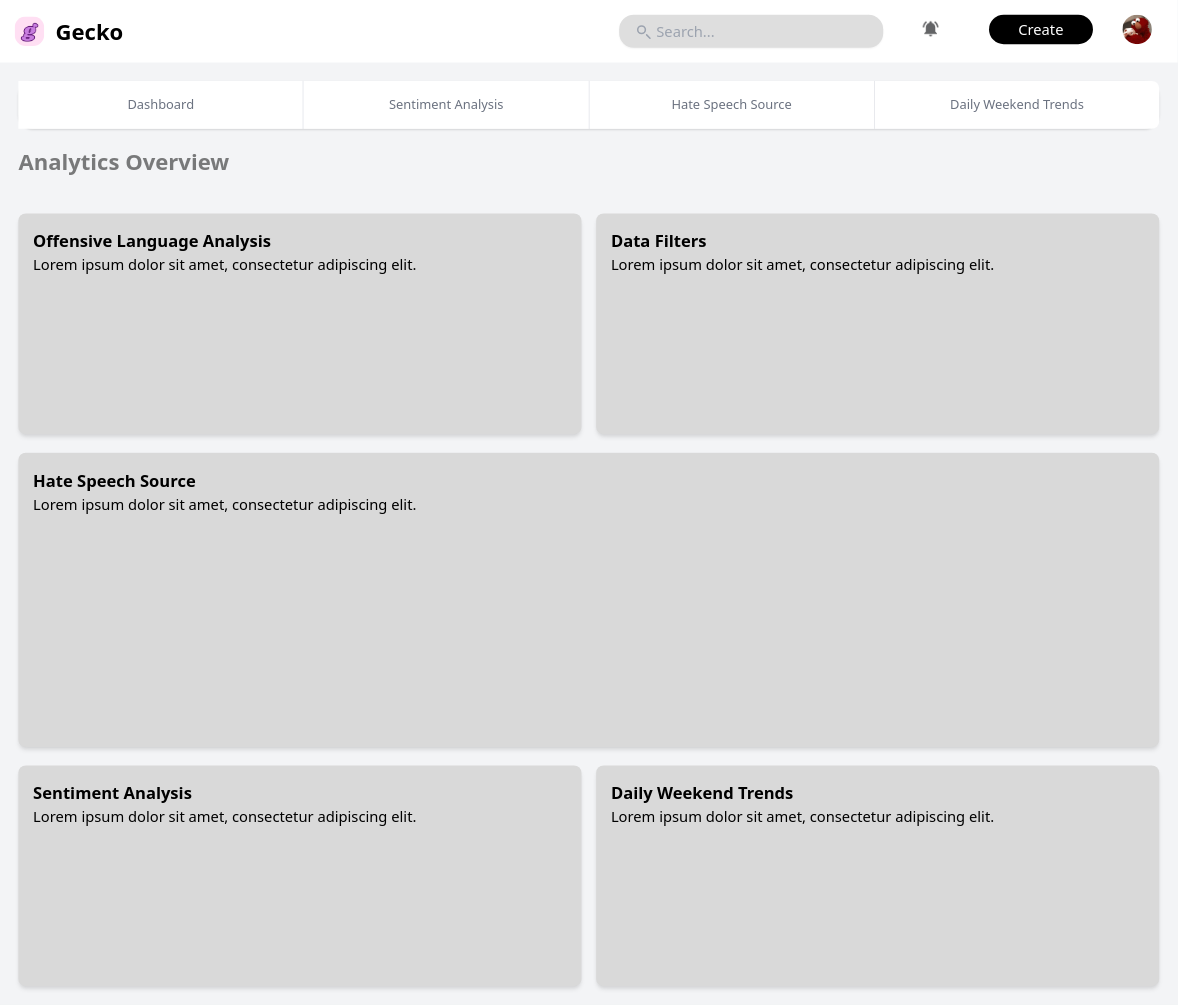
Repository: theamgri/thesis-website-nextjs
Page: website.html
These files come from the project's save history. The page is drawn as it stood at one moment and after the next save; the edit follows.
The browser window is 1280 px wide. The pictures show the whole page, at 92% of full size.

Above is the page before, as saved 2023-10-02 09:42:55.

After the next save:
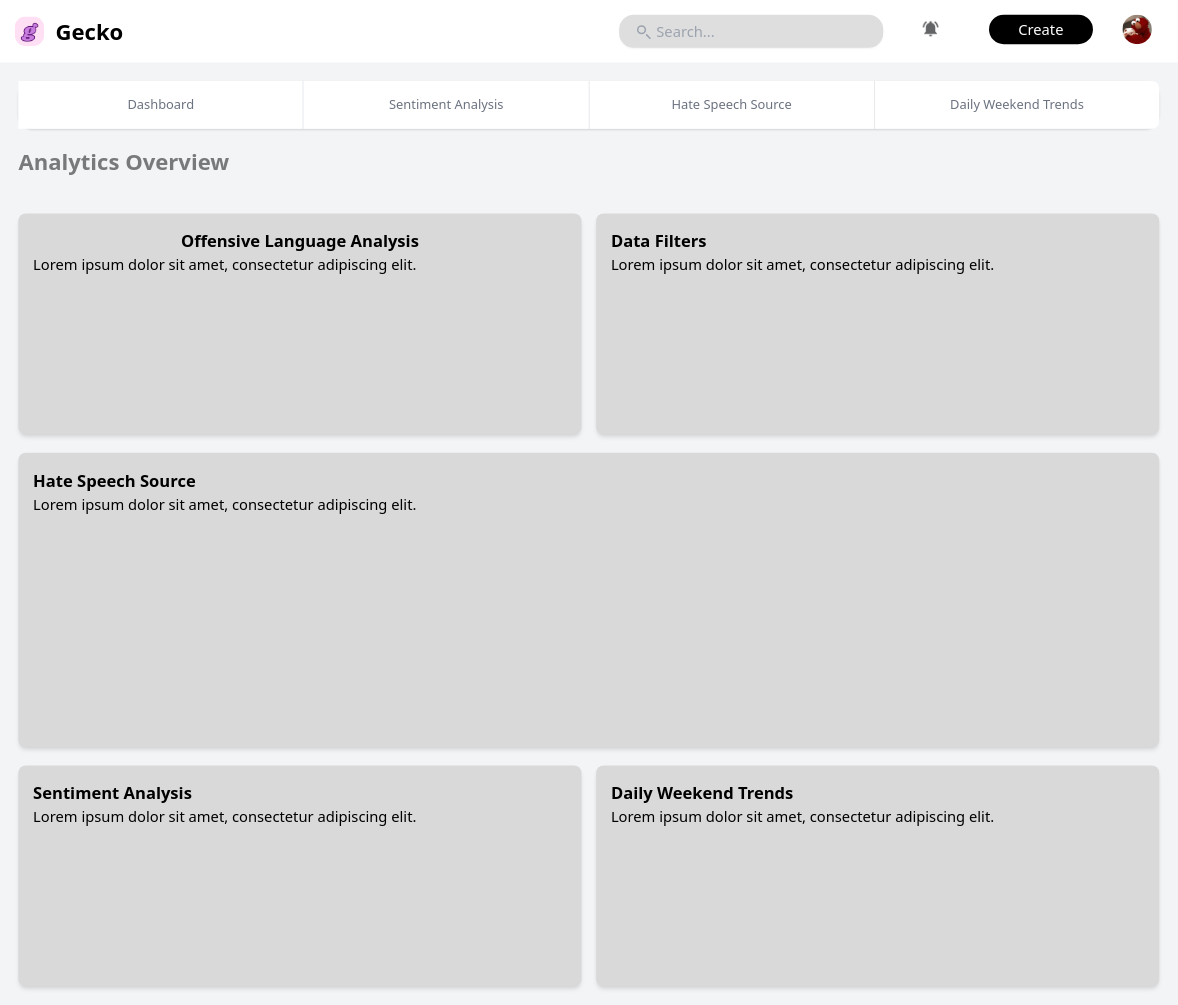
Saved 12 s later.
--- a/website.html
+++ b/website.html
@@ -124,7 +124,7 @@
     <div class="m-5 grid grid-cols-1 md:grid-cols-2 lg:grid-cols-2 xl:grid-cols-2 gap-4">
         <!-- Container 1 -->
         <div class="bg-white p-4 rounded-lg shadow-md" style="background-color: #D9D9D9; height: 15rem;">
-            <h2 class="text-lg font-semibold">Offensive Language Analysis</h2>
+            <h2 class="text-lg text-center font-semibold">Offensive Language Analysis</h2>
             <p>Lorem ipsum dolor sit amet, consectetur adipiscing elit.</p>
         </div>
 
